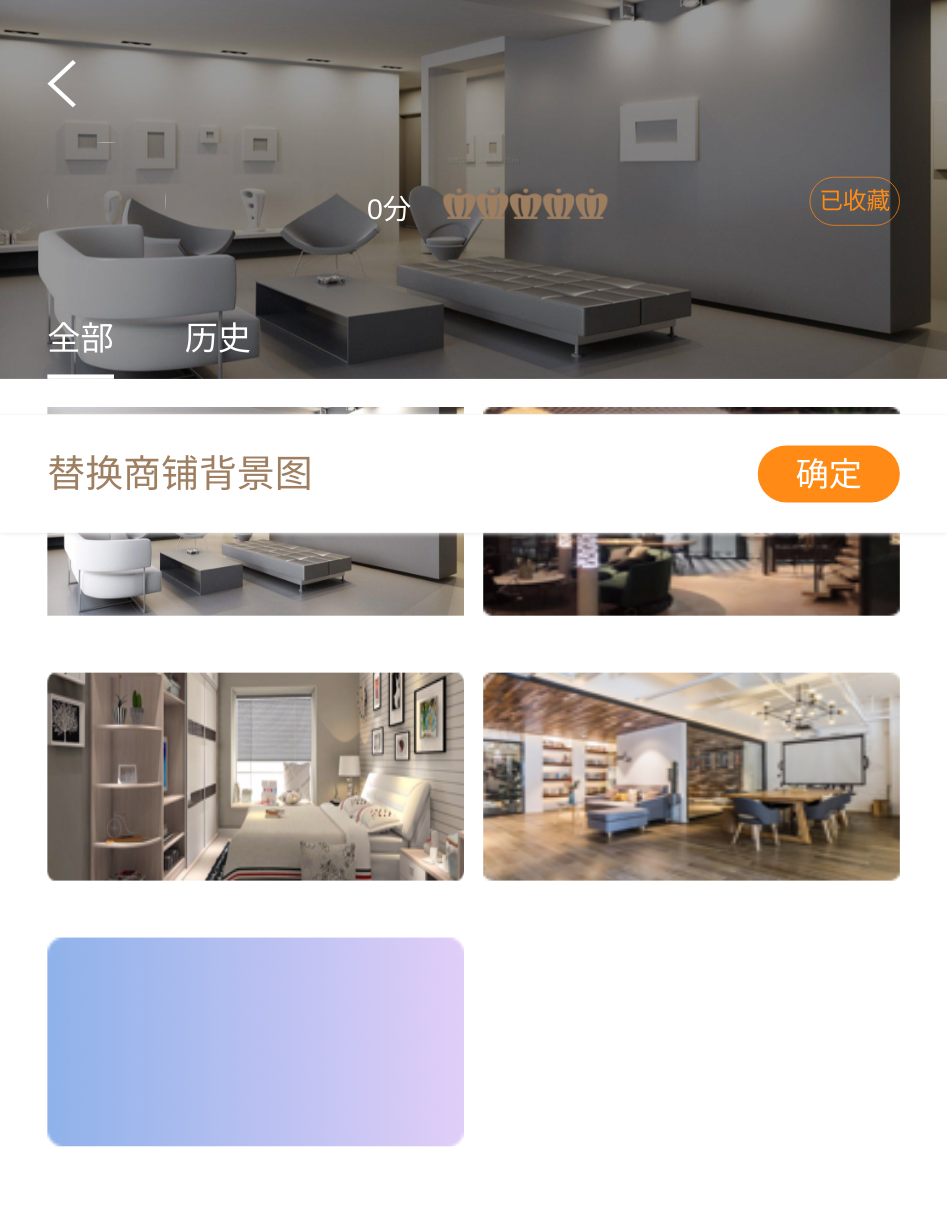
Repository: missing-star/rockBridge
Page: shop-set-bg.html
These files come from the project's save history. The page is drawn as it stood at one moment and after the next save; the edit follows.
The browser window is 1280 px wide. The pictures show the whole page, at 74% of full size.

Above is the page before, as saved 2019-05-16 18:04:12.

### shop-set-bg.html
<!DOCTYPE html>
<html lang="en">

<head>
    <meta charset="UTF-8">
    <meta name="viewport" content="width=device-width, initial-scale=1.0, user-scalable=no,maximum-scale=1.0">
    <meta http-equiv="X-UA-Compatible" content="ie=edge">
    <meta http-equiv="Expires" content="0">
    <meta http-equiv="Pragma" content="no-cache">
    <meta http-equiv="Cache-control" content="no-cache">
    <meta http-equiv="Cache" content="no-cache">
    <link rel="stylesheet" href="assets/mui/css/mui.min.css?v=1.2.6">
    <link rel="stylesheet" href="css/common.css?v=1.2.6">
    <link rel="stylesheet" href="css/shop-detail.css?v=1.2.6">
    <link rel="stylesheet" href="css/shop-set-bg.css">
    <title>叠石桥</title>
    <!--
        店铺详情
    -->
</head>

<body>
    <div id="app">
        <!--顶部搜索栏-->
        <header class="mui-bar mui-bar-nav" :style="currentBg">
            <div class="bg-black">
                <div class="search-group">
                    <i onclick="goBack()" class="mui-icon mui-icon-arrowleft"></i>
                </div>
                <div class="shop-info">
                    <img :src="shopInfo.images" alt="" class="shop-logo">
                    <div class="shop-title">
                        <p class="shop-name">{{shopInfo.title}}</p>
                        <p class="shop-level">
                            <span class="shop-score">{{score}}分</span>
                            <span class="shop-level-icon">
                                <img v-for="n in score" class="img-level" src="imgs/crown-active.png" alt="">
                                <img class="img-level" v-for="n in (5-score)" src="imgs/crown.png" alt="">
                            </span>
                        </p>
                    </div>
                    <button class="follow active">
                        已收藏
                    </button>
                </div>
                <ul class="tab-list">
                    <li class="tab-item active" data-tab-id="0">全部</li>
                    <li class="tab-item" data-tab-id="1">历史</li>
                </ul>
            </div>
        </header>
        <div class="mui-content">
            <div class="tab-content" :class="{active:showTab == 0}">
                <div @click="previewBg(index)" v-for="index in bgList" :class="{active:currentPreview == index}" class="preview-img-wrapper">
                    <img :src="getBg(index)" class="preview-item">
                    <img v-if="currentPreview == index" src="imgs/preview.png" class="preview-icon">
                </div>
            </div>
            <div class="tab-content goods" :class="{active:showTab == 1}">
                    <img v-for="index in bgHistory" :src="getBg(index)" class="preview-item">
            </div>
        </div>
        <!-- 联系商家 -->
        <div class="contact-business-wrapper">
            <p class="phone-number-wrapper">
                <span class="phone-number">替换商铺背景图</span>
            </p>
            <a href="javascript:;" @click="changeBg" class="contact-business-btn">确定</a>
        </div>
    </div>
    <script src="assets/vue/vue.min.js?v=1.2.6"></script>
    <script src="assets/jquery/jquery.min.js?v=1.2.6"></script>
    <script src="assets/mui/js/mui.min.js?v=1.2.6"></script>
    <script src="js/common.js?v=1.2.6"></script>
    <script src="js/shop-set-bg.js"></script>
</body>

</html>

### css/common.css
html,
body,
.mui-content {
    font-size: calc(100vw / 20);
    background: #ffffff;
}
*{
    word-break: break-all;
}
div.mui-content {
    padding: 1rem;
}

header.mui-bar.mui-bar-nav {
    background: #ffffff;
    -webkit-box-shadow: none;
            box-shadow: none;
}

nav.mui-bar.mui-bar-tab {
    background: #ffffff;
    -webkit-box-shadow: 0 0 6px 0 rgba(0, 0, 0, 0.15);
            box-shadow: 0 0 6px 0 rgba(0, 0, 0, 0.15);
}

nva.mui-bar-tab span.mui-tab-label {
    color: #9d7e60;
}

.mui-bar-tab .mui-tab-item.mui-active {
    color: #5f4831;
}

img.mui-icon.nav-bar-icon.active {
    display: inline;
}

img.mui-icon.nav-bar-icon {
    display: none;
}

p {
    margin: 0;
}

input[type=color],
input[type=date],
input[type=datetime-local],
input[type=datetime],
input[type=email],
input[type=month],
input[type=number],
input[type=password],
input[type=search],
input[type=tel],
input[type=text],
input[type=time],
input[type=url],
input[type=week],
select,
textarea {
    margin-bottom: 0;
    width: auto;
    height: auto;
    border: none;
    -webkit-box-flex: 1;
        -ms-flex: 1;
            flex: 1;
    font-size: 0.8rem;
}

input::-webkit-input-placeholder {
    color: #c2c2c2;
}

nav.mui-bar.mui-bar-tab a.mui-tab-item {
    -ms-touch-action: none;
        touch-action: none;
    height: 100%;
}

nav.mui-bar.mui-bar-tab {
    height: 3rem;
}

.mui-bar-tab .mui-tab-item .mui-icon {
    top: 3px;
    width: 1.2rem;
    height: 1.2rem;
    padding-top: 0;
    padding-bottom: 0;
    margin-bottom: 0.1rem;
}

.mui-bar-tab .mui-tab-item .mui-icon~.mui-tab-label {
    font-size: 0.5rem;
    line-height: 1rem;
}

.mui-bar-tab~.mui-content {
    padding-top: 2.5rem;
    padding-bottom: 3rem;
}

button.submit {
    background: #9d7e60;
    width: 100%;
    border: none;
    border-radius: 1rem;
    font-size: 1rem;
    line-height: 1rem;
    color: #fff;
    margin-top: 1rem;
    height: 2rem;
}

button.mui-btn.mui-btn-blue.mui-poppicker-btn-ok,
button.mui-btn.mui-btn-blue {
    color: #ff8b16;
    background: transparent;
    border: none;
    font-size: 1rem;
}

.mui-poppicker-header,
.mui-dtpicker-header {
    border-radius: 0.3rem 0.3rem 0 0;
}

button.mui-btn.mui-poppicker-btn-cancel,
.mui-dtpicker-header button {
    color: #aaaaaa;
    border: none;
    background: transparent;
    font-size: 1rem;
}

button.mui-btn.mui-poppicker-btn-cancel>img,
.mui-dtpicker-header button>img {
    width: 1rem;
}

.mui-picker-inner,
.mui-picker {
    background: #fcfcfc;
    -webkit-mask-box-image: none;
    border-radius: 0 0 0.3rem 0.3rem;
}

.mui-poppicker-body {
    border: none;
    border-radius: 0 0 0.3rem 0.3rem;
}

button.mui-btn {
    color: #aaaaaa;
    border-color: #aaaaaa;
}

.mui-dtpicker-header {
    background: #ffffff;
}

.mui-dtpicker-title h5 {
    display: none;
}

span.mui-popup-button.mui-popup-button-bold {
    color: #FF8B16;
}

span.mui-popup-button {
    color: #aaaaaa;
}

[v-cloak] {
    display: none !important;
}

.mui-poppicker.mui-active,
.mui-dtpicker.mui-active {
    margin: 0.5rem;
    width: calc(100% - 1rem);
    border-radius: 0.3rem;
}

.popicker-title,
.dt-popicker-title {
    -webkit-box-flex: 1;
        -ms-flex: 1;
            flex: 1;
    text-align: center;
    font-size: 1rem;
    color: #000000;
}

.mui-poppicker-header,
.mui-dtpicker-header {
    display: -webkit-box;
    display: -ms-flexbox;
    display: flex;
    -webkit-box-align: center;
        -ms-flex-align: center;
            align-items: center;
    -webkit-box-pack: justify;
        -ms-flex-pack: justify;
            justify-content: space-between;
    background: #eeeeee;
}

.mui-pciker-list li {
    color: #b19c88;
}

.mui-pciker-list li.highlight {
    color: #5f4831;
}

.mui-pciker-rule-ft {
    z-index: 2;
    border-top: solid 1px #ced7de;
    border-bottom: solid 1px #ced7de;
}


input::-webkit-outer-spin-button,
input::-webkit-inner-spin-button {

    -webkit-appearance: none !important;
}

input[type="number"] {
    -moz-appearance: textfield;
}
.ellipsis{
    white-space: nowrap;
    overflow: hidden;
    text-overflow: ellipsis;
}
/* 联系商家 */
.contact-business-wrapper {
    position: fixed;
    bottom: 0;
    width: 100%;
    height: 2.5rem;
    background: #FFFFFF;
    border-top: 1px solid #f6f6f6;
    -webkit-box-shadow: 0 2px 6px 0 #EBEBEB;
            box-shadow: 0 2px 6px 0 #EBEBEB;
    display: -webkit-box;
    display: -ms-flexbox;
    display: flex;
    -webkit-box-align: center;
        -ms-flex-align: center;
            align-items: center;
    -webkit-box-pack: justify;
        -ms-flex-pack: justify;
            justify-content: space-between;
    padding: 0 1rem;
}
span.phone-number {
    color: #9e7f62;
    font-size: 0.8rem;
}
a.contact-business-btn {
    background: #ff8a16;
    color: #fff;
    font-size: 0.7rem;
    border-radius: 1rem;
    padding: 0.1rem 0.8rem;
    line-height: 1rem;
}
p.phone-number-wrapper {
    display: -webkit-box;
    display: -ms-flexbox;
    display: flex;
    -webkit-box-align: center;
        -ms-flex-align: center;
            align-items: center;
    -webkit-box-pack: justify;
        -ms-flex-pack: justify;
            justify-content: space-between;
    min-width: 28%;
}
img.phone-icon {
    width: 1rem;
}

### css/shop-set-bg.css
img.preview-item {
    width: 100%;
    height: 100%;
}
.tab-content.active {
    display: flex;
    align-items: center;
    justify-content: space-between;
    flex-wrap: wrap;
}
.preview-img-wrapper {
    position: relative;
    width: 44vw;
    height: 22vw;
    margin: 3vw 0;
}

Loaded but not shown: assets/mui/css/mui.min.css (library); assets/vue/vue.min.js (library); assets/jquery/jquery.min.js (library); assets/mui/js/mui.min.js (library); js/common.js (224 lines, source omitted); js/shop-set-bg.js (81 lines, source omitted); css/shop-detail.css (645 lines, source omitted)

After the next save:
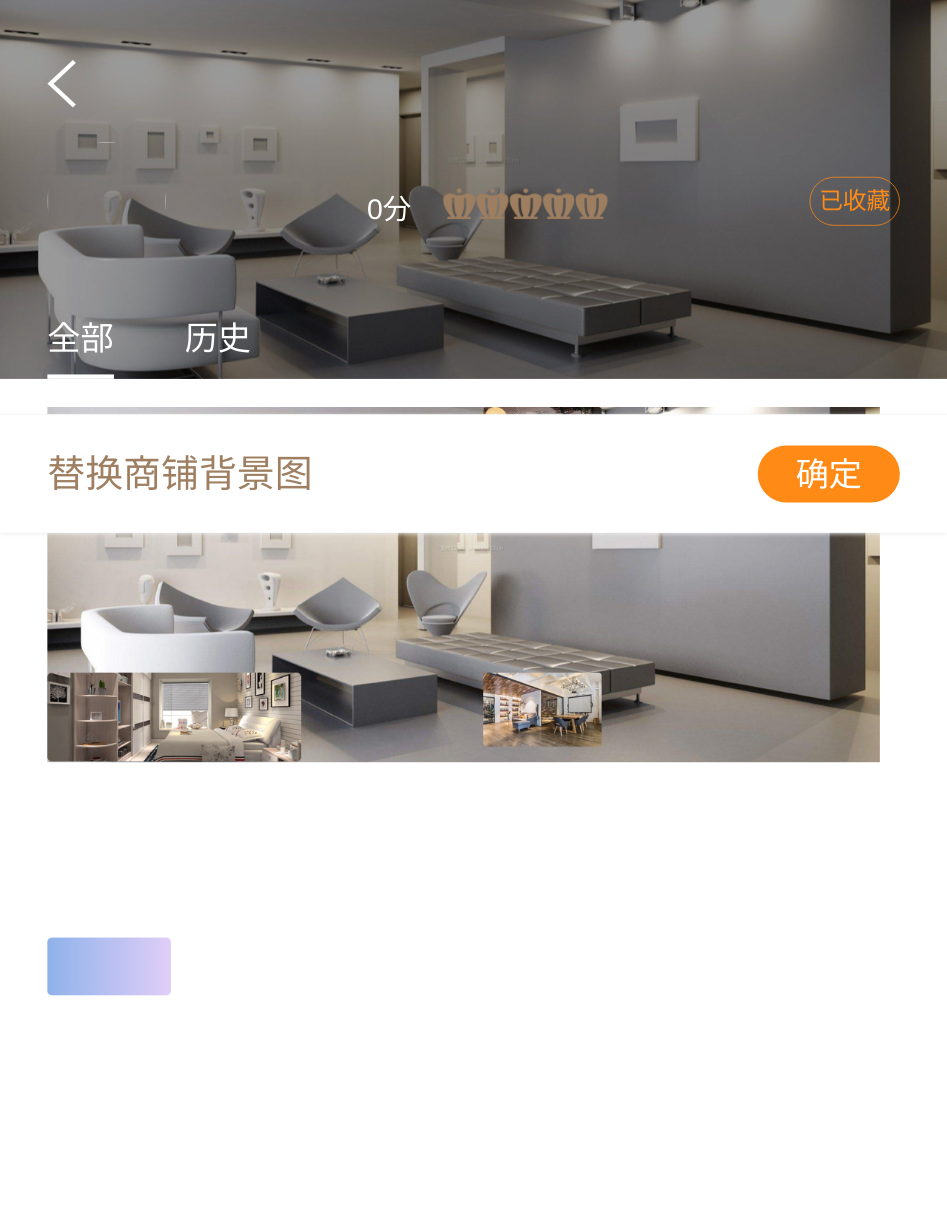
Saved 72 s later.
--- a/css/shop-set-bg.css
+++ b/css/shop-set-bg.css
@@ -1,8 +1,4 @@
-img.preview-item {
-    width: 100%;
-    height: 100%;
-}
-.tab-content.active {
+ .tab-content.active {
     display: flex;
     align-items: center;
     justify-content: space-between;
@@ -14,3 +10,9 @@
     height: 22vw;
     margin: 3vw 0;
 }
+img.preview-icon {
+    position: absolute;
+    width: 35%;
+    bottom: 2vw;
+    right: 2vw;
+}

After the save that followed:
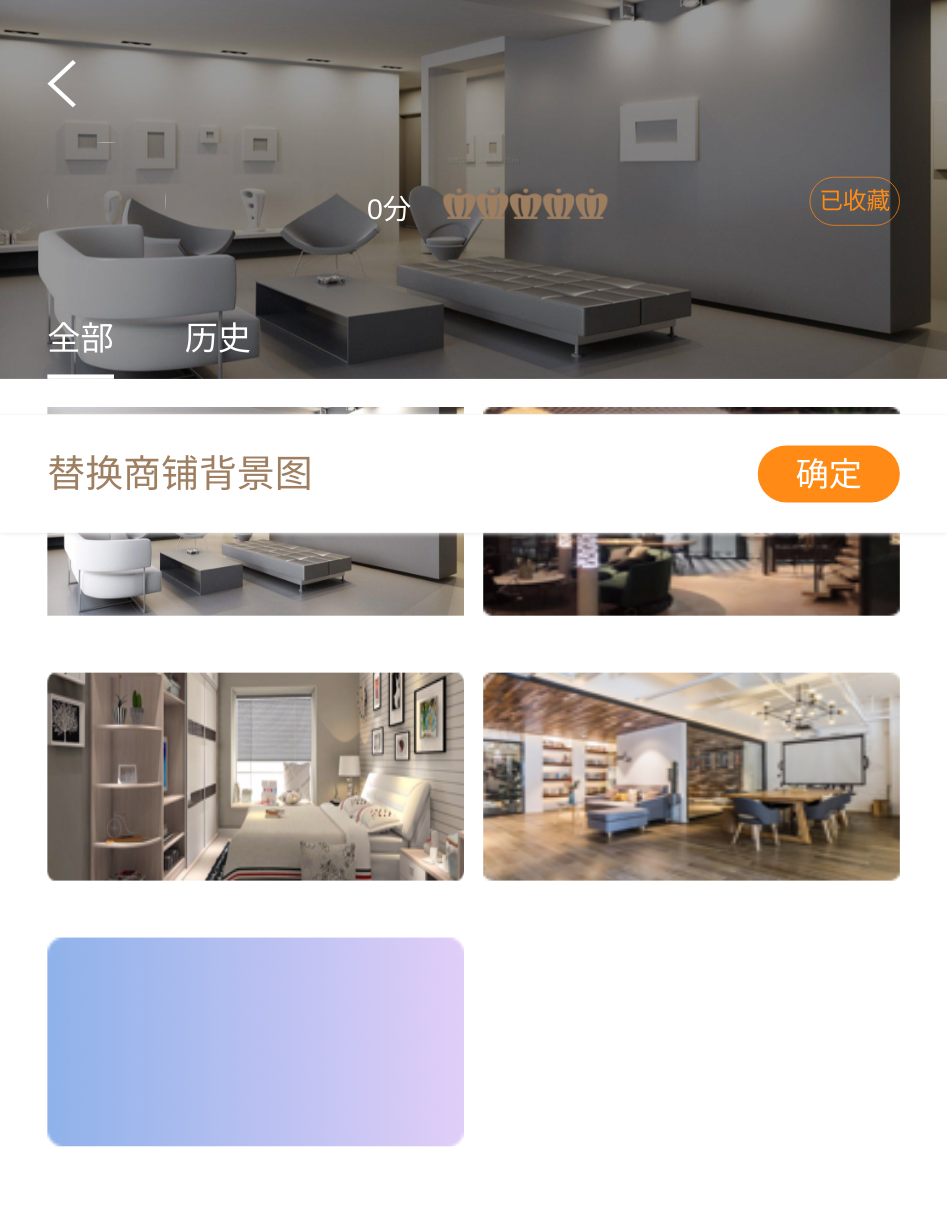
Saved 9 s later.
--- a/css/shop-set-bg.css
+++ b/css/shop-set-bg.css
@@ -1,4 +1,8 @@
- .tab-content.active {
+img.preview-item {
+    width: 100%;
+    height: 100%;
+}
+.tab-content.active {
     display: flex;
     align-items: center;
     justify-content: space-between;
